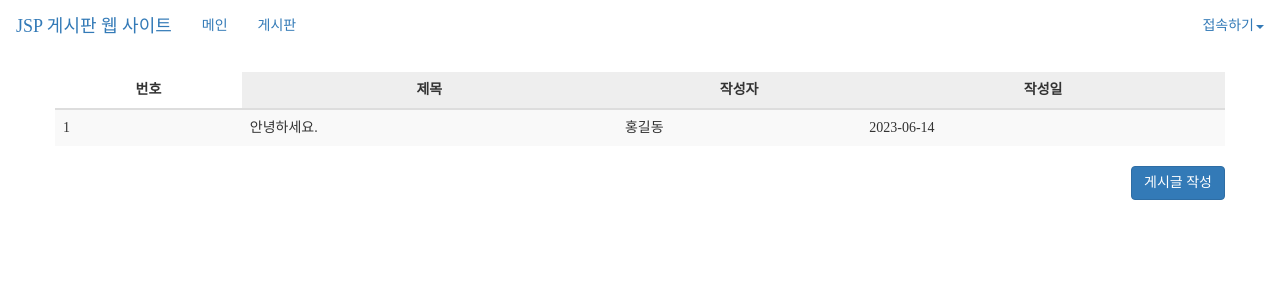
Repository: LeeJaeweon/Project
Page: http://localhost/BBS/bbs.jsp
The author's editor kept a copy of each file at every save. The page is drawn from the files as they stood at one save, then again after the next save.
The browser window is 1280 px wide. The pictures show the whole page.
Some web fonts or font styles are not loaded; a fallback is used. Some web libraries are served in a nearby version. The page is served by Tomcat 9.

Above is the page before, as saved 2023-06-15 01:51:32.

After the next save:
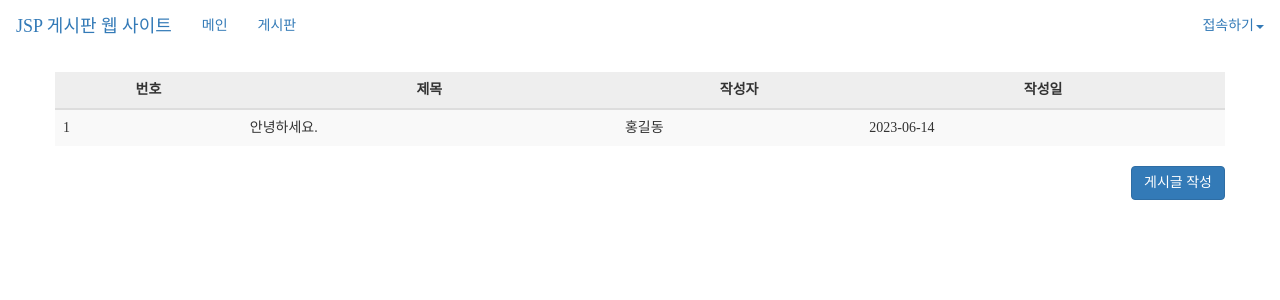
Saved 6 s later.
--- a/BBS/src/main/webapp/bbs.jsp
+++ b/BBS/src/main/webapp/bbs.jsp
@@ -70,7 +70,7 @@
 			<table class="table table-striped" style="text-align: border: 1px solid #dddddd">
 				<thead>
 					<tr>
-						<th style="background-color: #ffffff; text-align: center;">번호</th>
+						<th style="background-color: #eeeeee; text-align: center;">번호</th>
 						<th style="background-color: #eeeeee; text-align: center;">제목</th>
 						<th style="background-color: #eeeeee; text-align: center;">작성자</th>
 						<th style="background-color: #eeeeee; text-align: center;">작성일</th>
